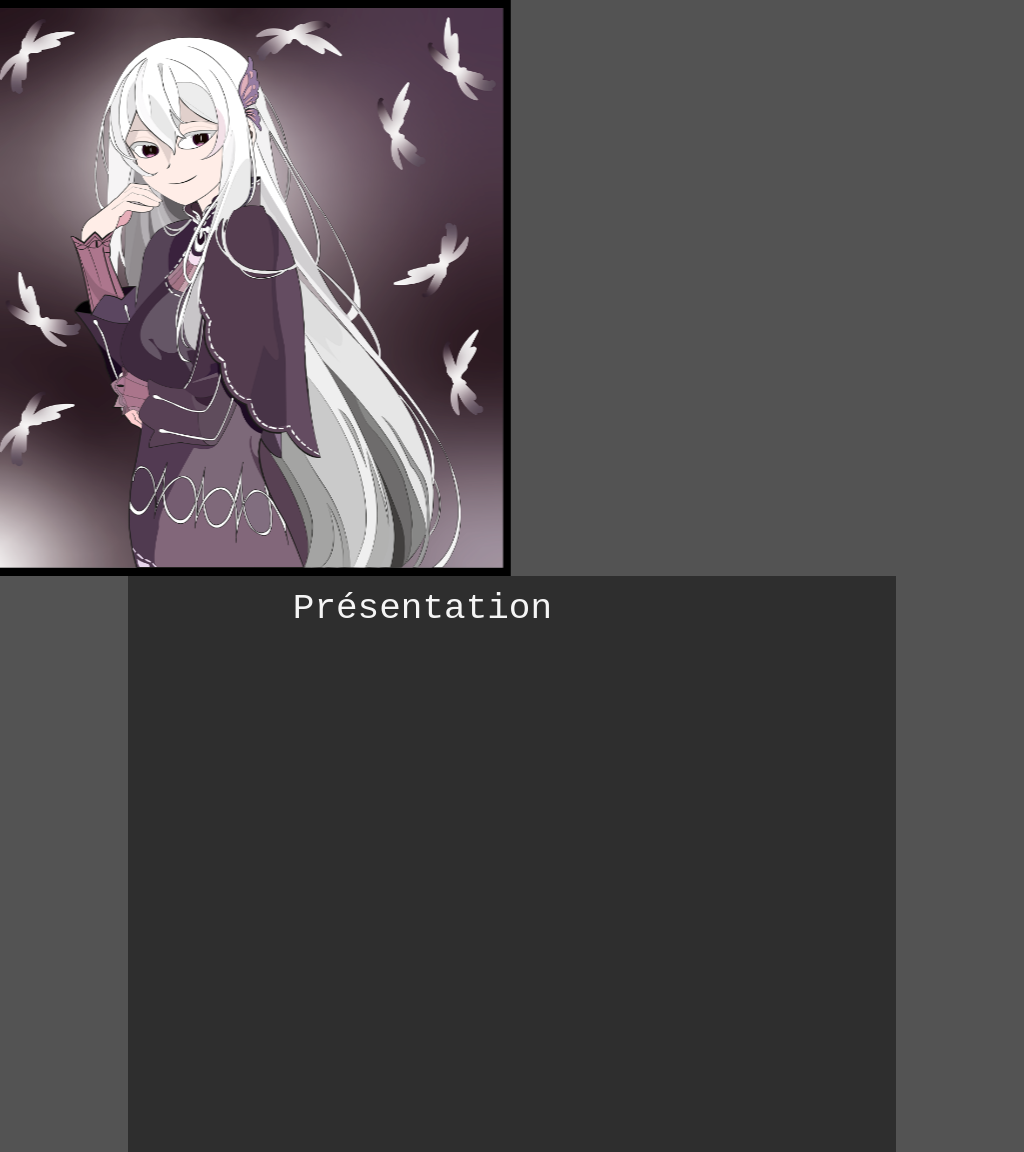
Repository: Mini-T/portfolio
Page: cv.html
The author's editor kept a copy of each file at every save. The page is drawn from the files as they stood at one save, then again after the next save.
The browser window is 1280 px wide. The pictures show the whole page, at 80% of full size.
After loading, the first visible `#btnpresentation` was clicked once.

Above is the page before, as saved 2021-10-05 16:22:00.

### cv.html
<!DOCTYPE html>
<html lang="en">
  <head>
    <meta charset="UTF-8" />
    <meta http-equiv="X-UA-Compatible" content="IE=edge" />
    <meta name="viewport" content="width=device-width, initial-scale=1.0" />
    <link rel="stylesheet" href="cv.css" />

    <title>Document</title>
  </head>
  <body>
    <div id="master">
    <header>
      <div id="spawnscreen" class="backg">
        <img class="image" src="img/Echidna.png" alt="" />
        <img class="image" src="img/Halibel.png" alt="" />
        <img class="image" src="img/logo ytb ok.png" alt="" />
        <img class="image" src="img/versionfinal.jpg" alt="" />
        <img class="image" src="img/Echidna.png  " alt="" />
      </div>
    </header>
    <main>
      <nav id="navbar" class="reveal">
        <button id="btnpresentation" class="onglet">Présentation</button>
        <button id="btnskill" class="onglet">Compétences</button>
        <button id="btnformation" class="onglet">Formations</button>
        <button id="btndiplomes" class="onglet">Diplomes</button>

      </nav>
    </main>
    <script src="cv.js"></script>
  </div></body>
</html>

### cv.css
body {
  display: grid;
  justify-content: center;
  background-color: rgb(83, 83, 83);
  margin: 0px;
  padding: 0px;
}
#master {
  display: grid;
  grid-template-rows: 1fr 1fr;
  justify-content: center;
  width: 100vw;
  overflow-y: auto;
  overflow-x: unset;
  min-height: 100vh;
}
main {
  justify-content: center;
  justify-self: center;
  width: 75vw;
  display: grid;
  grid-template-rows: 80px 1fr 1fr 1fr 1fr;
  grid-template-columns: 25% 25% 25% 25%;
  background-color: rgb(46, 46, 46);
  grid-template-areas: "nav nav nav nav";
}

nav {
  grid-area: nav;
  color: whitesmoke;
  font-size: 30px;
  /* border-bottom: solid 2px black;
  border-top: solid 2px black; */
  display: grid;
  grid-template-columns: repeat(4, 1fr);

  text-align: center;
  justify-content: center;
  align-items: center;
  width: 100%;
  height: 80px;
  grid-template-areas: " btnpresentation btnskills btnformation btndiplomes ";
}
.navpresentationfocus {
  grid-area: nav;
  color: whitesmoke;
  font-size: 30px;
  /* border-bottom: solid 2px black;
  border-top: solid 2px black; */
  display: grid;
  grid-template-columns: 1fr;

  text-align: center;
  justify-content: center;
  align-items: center;
  width: 100%;
  height: 80px;
  grid-template-areas: "btnpresentation";
}
.hidden {
  display: none;
}
#btnskill {
  grid-area: btnskills;
}
#btnformation {
  grid-area: btnformation;
}
#btndiplomes {
  grid-area: btndiplomes;
}
#btnpresentation {
  transition: all 0.3s ease;
  grid-area: btnpresentation;
}
a {
  font-family: "Courier New", Courier, monospace;
  text-decoration: none;
  color: unset;
}
#spawnscreen {
  display: flex;
  overflow-x: hidden;
  width: 100vw;
  height: 100vh;
  min-height: 600px;
  background-attachment: fixed;
  background-position: left;
  background-repeat: repeat;
  background-size: cover;
}

.apparition {
  animation: 1s ease-out 1 navanime;
}
@keyframes navanime {
  0% {
    opacity: 0%;
    position: relative;

    right: 40%;
  }
  100% {
    opacity: 80%;
    position: relative;
    right: 0%;
  }
}
@keyframes navanimereverse {
  0% {
    opacity: 0%;
    position: relative;
    left: 40%;
  }
  100% {
    opacity: 80%;
    position: relative;
    left: 0%;
  }
}
.image {
  width: auto;
  animation-timing-function: ease;
  animation-iteration-count: infinite;
  max-width: 100vw;
  height: auto;
  border: solid 10px black;
  animation-duration: 10s;
  animation-name: caroussel;
}
@keyframes caroussel {
  0% {
    transform: translateX(0);
  }
  25% {
    transform: translateX(-959px);
  }
  50% {
    transform: translateX(-2758px);
  }
  75% {
    transform: translateX(-3558px);
  }
  100% {
    transform: translateX(0);
  }
}
.apparitionreverse {
  animation: 1s ease-out 1 navanimereverse;
}
.reveal {
  opacity: 0;
}
.revealtrue {
  opacity: 100%;
}
.onglet {
  justify-self: center;
  width: 200px;
  height: 80px;
  background: unset;
  border: unset;
  color: whitesmoke;
  font-size: 30px;
  font-family: "Courier New", Courier, monospace;
}
.zoom {
  margin-left: 150%;
  position: relative;
  justify-self: center;
  font-size: 45px;
}

### cv.js
nav = document.getElementById('navbar')
window.addEventListener("scroll", () =>{
    if(window.scrollY > 99){
        document.getElementById('navbar').classList.add('revealtrue', 'apparition')
        console.log(window.scrollY)
    }

})
button1 = document.getElementById('btnpresentation');
button2 = document.getElementById('btnskill');
button3 = document.getElementById('btnformation');
button4 = document.getElementById('btndiplomes');

button1.addEventListener("click", () =>{
    nav.classList.remove('nav');
    // nav.classList.add('navpresentationfocus');
    document.getElementById('btnpresentation').classList.add('zoom')
    document.getElementById('btnskill').classList.add('hidden');
    document.getElementById('btnformation').classList.add('hidden');
    document.getElementById('btndiplomes').classList.add('hidden')

})

After the next save:
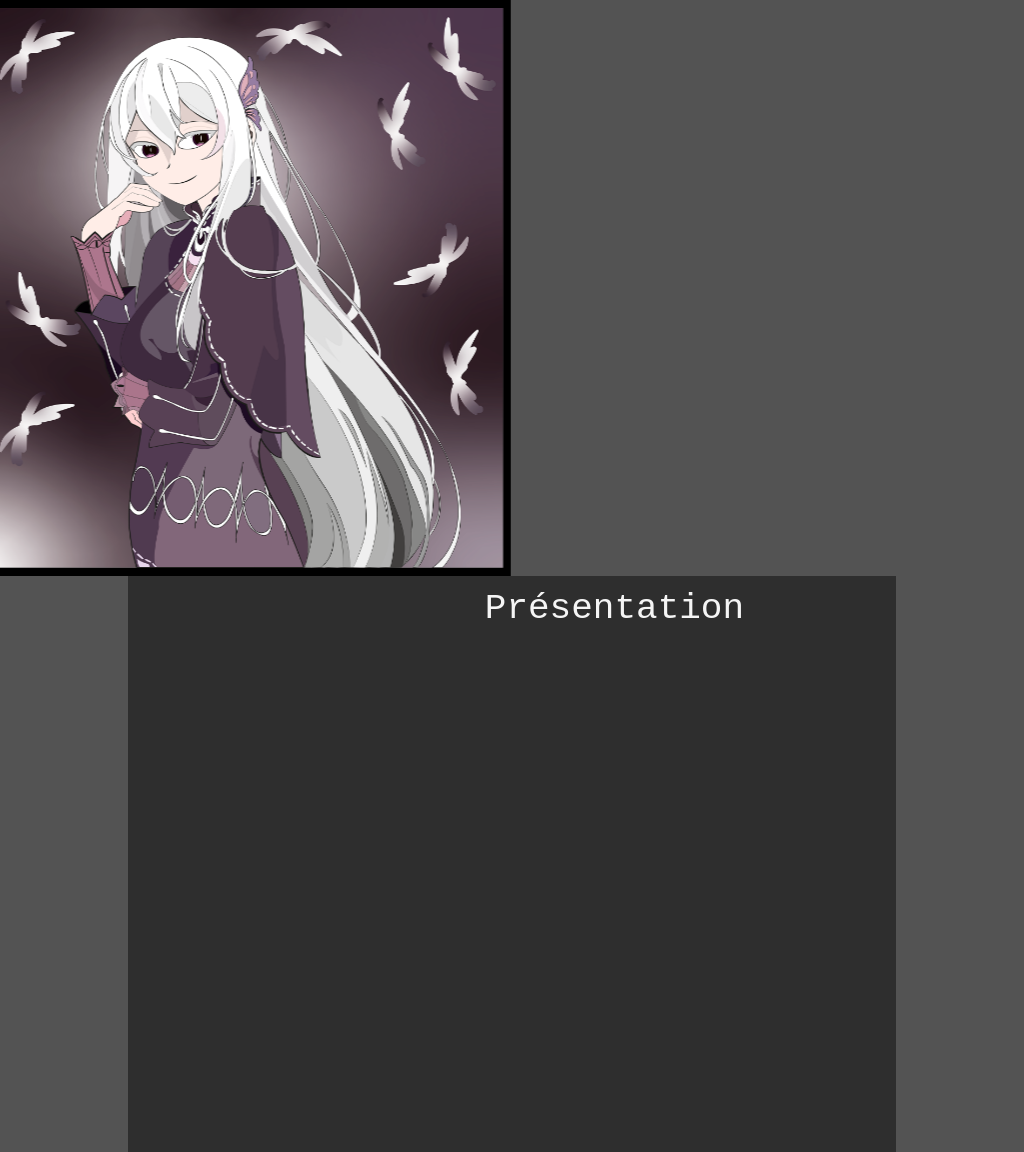
Saved 9 s later.
--- a/cv.css
+++ b/cv.css
@@ -165,7 +165,7 @@
   font-family: "Courier New", Courier, monospace;
 }
 .zoom {
-  margin-left: 150%;
+  margin-left: 350%;
   position: relative;
   justify-self: center;
   font-size: 45px;
